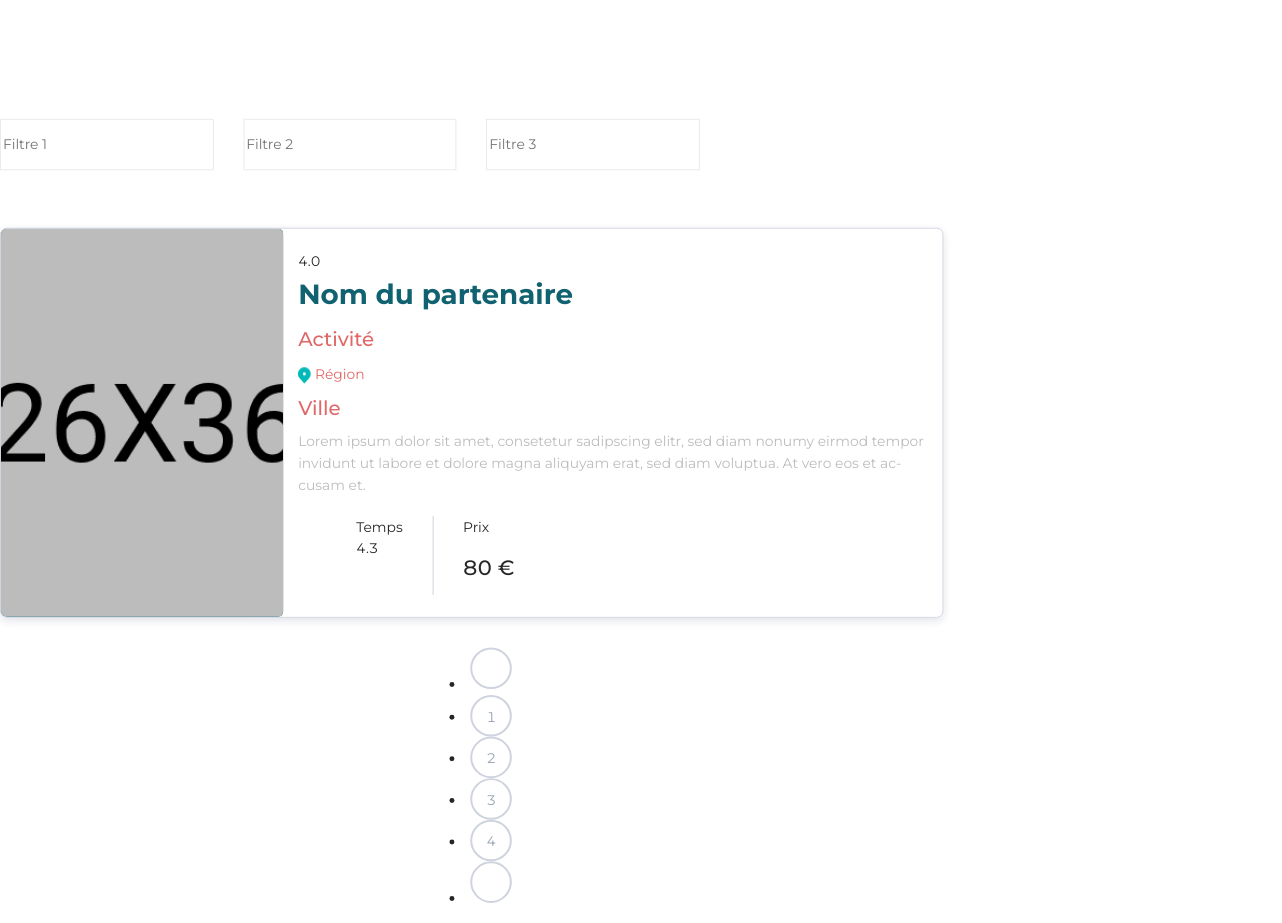
Repository: Emerson1220/projet-neofeel-lacapsule
Page: /roadPlanner (app in reactapp/)
The author's editor kept a copy of each file at every save. The page is drawn from the files as they stood at one save, then again after the next save.
The browser window is 1280 px wide. The page is 1295 px wide, so the pictures cover 1295 px, including what lies to the right of the window. The pictures show the whole page, at 99% of full size.
The project was rebuilt for these pictures with package versions that can differ from the ones it lists, and the page was loaded fresh each time. Also part of the build but not shown: reactapp/src/Nav.js, reactapp/src/ScreenHome.js.

Above is the page before, as saved 2021-05-18 14:23:13.

### reactapp/src/App.js
import './App.css';
import Nav from './Nav'
import {BrowserRouter as Router, Switch, Route} from 'react-router-dom'

import ScreenHome from './ScreenHome';
import ScreenRoadPlanner from './screens/ScreenRoadPlanner';

function App() {
  return (



    // <SearchPage></SearchPage>
      <Router>
        <Switch>
          <Route component={ScreenHome} path="/" exact />
          <Route component={ScreenRoadPlanner} path="/roadPlanner"  />
          {/* <Route component={ScreenConnexion} path="/connexion"  />
          <Route component={ScreenSearch} path="/recherche"  />
          <Route component={ScreenInfo} path="/info"  />
          <Route component={ScreenPartner} path="/partenaire"  />
          <Route component={ScreenRoadPlanner} path="/roadPlanner"  />
          <Route component={ScreenTrips} path="/voyages"  />
          <Route component={ScreenProfil} path="/profil"  />
          <Route component={ScreenBasket} path="/panier"  />
          <Route component={ScreenSuggestion} path="/suggestion"  /> */}
        </Switch>
      </Router>

  );
}

export default App;

### reactapp/src/App.css
@import '~antd/dist/antd.css';
@import url('https://fonts.googleapis.com/css2?family=Montserrat:ital,wght@0,200;0,300;0,400;0,500;0,600;0,700;1,400;1,600&display=swap');

* {
  font-family: 'Montserrat', sans-serif;
}

.App {
  text-align: center;
}

.App-logo {
  height: 40vmin;
  pointer-events: none;
}

@media (prefers-reduced-motion: no-preference) {
  .App-logo {
    animation: App-logo-spin infinite 20s linear;
  }
}

.App-header {
  background-color: #282c34;
  min-height: 100vh;
  display: flex;
  flex-direction: column;
  align-items: center;
  justify-content: center;
  font-size: calc(10px + 2vmin);
  color: white;
}

.App-link {
  color: #61dafb;
}

@keyframes App-logo-spin {
  from {
    transform: rotate(0deg);
  }
  to {
    transform: rotate(360deg);
  }
}
/* CSS NAVBAR _______________________*/



.h1-montserrat {
  width: auto; /* 366px */
  height: auto; /* 58px */
  overflow: visible;
  white-space: pre;
  letter-spacing: 0px;
  line-height: 1.2;
  color: #106271;
  font-weight: 700;
  font-family: "Inter-Bold", "Inter", sans-serif;
  font-size: 48px;
}

.devenezPartenaireButton{

background-color: #e06868;
overflow: visible;
  white-space: pre;
  letter-spacing: 0px;
line-height: 1.2;
  color: #ffffff;
  font-weight: 700;
  font-family: "Inter-Bold", "Inter", sans-serif;
width: 150px;
height: 50px;
left: 971px;
top: 40px;
border-radius: 5px;
}

.listNav{
  color: #106271;
  margin: 0px 0px;
}

### reactapp/src/screens/ScreenRoadPlanner.js
import React from 'react';
import '../App.css';
import { Button } from 'antd';
import { Link } from 'react-router-dom';
import Nav from '../Nav'

function ScreenRoadPlanner() {

    return (	<div style={{ paddingTop:'120px' }}>

                <div style={ styles.container }>

                    <div style={ styles.row }>

                        <div style={ styles.col_xl_9 }>
                            <div style={{ marginBottom:'40px' }}> {/* Filters */}

                                <div style={ styles.row }>
                                    <div style={ styles.col_xl_3 }>
                                        <label style={ styles.single_input_wrap }>
                                            <i style={ styles.icons_la }/>
                                            <input style={ styles.single_input_wrap_input } type="text" placeholder="Filtre 1" />
                                        </label>
                                    </div>

                                    <div style={ styles.col_xl_3 }>
                                        <label style={ styles.single_input_wrap }>
                                            <i style={ styles.icons_la }/>
                                            <input style={ styles.single_input_wrap_input } type="text" placeholder="Filtre 2" />
                                        </label>
                                    </div>

                                    <div style={ styles.col_xl_3 }>
                                        <label style={ styles.single_input_wrap }>
                                            <i style={ styles.icons_la }/>
                                            <input style={ styles.single_input_wrap_input } type="text" placeholder="Filtre 3" />
                                        </label>
                                    </div>
                                </div>
                            </div> {/* End -> ButtonFilters */}

                            <div style={ styles.experiences_list_area }> {/* Container -> Card expérience */}
                                <div style={ styles.single_destinations}> {/* Card expérience */}
                                    <div style={ styles.image_card }>
                                        <img style={ styles.image }src="images/photo-526x360.png" alt="list" />
                                    </div>
                                    <div style={ styles.detail_card }>
                                        <div>
                                            <i style={ styles.icons_fa_1  }/>
                                            <i style={ styles.icons_fa_1 } />
                                            <i style={ styles.icons_fa_1  } />
                                            <i style={ styles.icons_fa_1  } />
                                            <i style={ styles.icons_fa_2  } />
                                            <span>4.0</span>
                                        </div>

                                        <div>
                                            <h3><Link style={ styles.h3 } to="/">Nom du partenaire</Link></h3>
                                            <h3><Link style={ styles.h4 } to="/">Activité</Link></h3>
                                        </div>

                                        <p style={{ color: '#e06868', marginBottom: '8px'}}><img style={{ marginRight: '4px'}} src="images/icone-geo.png" alt="map" />Région</p>
                                        <h4 ><Link style={ styles.h4 }  to="/">Ville</Link></h4>
                                        <p style={ styles.card_content } >Lorem ipsum dolor sit amet, consetetur sadipscing elitr, sed diam nonumy eirmod tempor invidunt ut labore et dolore magna aliquyam erat, sed diam voluptua. At vero eos et accusam et.</p>

                                        <div style={ styles.liste_price }>
                                            <ul style={ styles.liste_price_content, styles.liste_price_li }>
                                                <li><i style={ styles.icons_fa }/> Temps</li>
                                                <li><i style={ styles.icons_fa }/> 4.3</li>
                                            </ul>
                                            <div style={ styles.liste_price_item }>
                                                <p>Prix</p>
                                                <h2>80 <span>€</span></h2>
                                            </div>
                                        </div>
                                    </div>
                                </div> {/* End -> Card expérience */}
                            </div> {/* End -> Container -> Card expérience */}


                            <div style={ styles.text_align_center}> {/* Pagination */}
                                <div style={ styles.pagination, styles.display_inline}>
                                    <ul>
                                        <li><a style={ styles.pagination_ul } href="#"><i    /></a></li>
                                        <li><span style={ styles.pagination_ul }>1</span></li>
                                        <li><span style={ styles.pagination_ul }>2</span></li>
                                        <li><a style={ styles.pagination_ul } href="#">3</a></li>
                                        <li><a style={ styles.pagination_ul } href="#">4</a></li>
                                        <li><a style={ styles.pagination_ul }href="#"><i /></a></li>
                                    </ul>
                                </div>
                            </div>{/* End -> Pagination */}
                        </div>
                    </div>
                </div>
            </div>
    )
};

let styles = {

    // CSS - ARCHITECTURE//

    container: {
        width: '100%',
        paddingright: '15px',
        paddingleft: '15px',
        marginright: 'auto',
        marginleft: 'auto',
    },

    row:{
        display: 'flex',
        flexWrap: 'wrap',
        marginRight: '-15px',
        marginLeft: '-15px',
    },

    col_xl_9:{
        position: 'relative',
        flex: '0 0 75%',
        maxWidth: '75%',
        width: '100%',
        minHeight: '1px',
        paddingRight: '15px',
        paddingLeft: '15px',
        },

    col_xl_3:{
        position: 'relative',
        flex: '0 0 25%',
        maxWidth: '25%',
        width: '100%',
        minHeight: '1px',
        paddingRight: '15px',
        paddingLeft: '15px',
        },

    single_input_wrap:{
        position: 'relative',
        width: '100%',
        marginBottom: '18px',
        display: 'inline-block',
    },

    single_input_wrap_input:{
        background: '#ffffff',
        border: '1px solid #EAEAEA',
        height: '52px',
        width: '100%',
    },

    display_inline:{
        display: 'inline-flex',
    },

    text_align_center:{
        textAlign:'center',
    },

    // CSS - ICONS //

    icons_la:{
        display: 'inline-block',
        position: 'absolute',
        top: '17px',
        left: '20px',
        color: '#CFD3DE',
        font: 'normal normal normal 16px/1 LineAwesome',
        fontSize: 'inherit',
        textDecoration: 'inherit',
        textRendering: 'optimizeLegibility',
        textTransform: 'none',
    },

    icons_fa_1:{
        display: 'inline-block',
        font: 'normal normal normal 14px/1 FontAwesome',
        fontSize: 'inherit',
        textRendering: 'auto',
        color: '#f3941e',
    },

    icons_fa_2:{
        display: 'inline-block',
        font: 'normal normal normal 14px/1 FontAwesome',
        fontSize: 'inherit',
        textRendering: 'auto',
        color: '#d4d4d4',
    },

    // CARD - TITLE//

    h3:{
        fontWeight:'bold',
        fontSize: '28px',
        color: '#106271',
        textDecoration: 'none',
    },

    h4:{
        fontSize: '20px',
        color: '#e06868',
        textDecoration: 'none',
    },

    // CARD - CSS //

    experiences_list_area:{
        boxSizing: 'border-box',
        outline: 'none',
    },

    single_destinations:{
        display: 'flex',
        flexWrap: 'wrap',
        margin: '0 0 30px 0',
        border: '1px solid #CFD3DE',
        boxShadow: '0px 3px 9px #071c551f',
        borderRadius: '7px',
        position: 'relative',
        overflow: 'hidden',
    },

    image_card:{
        position: 'relative',
        background: '#106271',
        overflow: 'hidden',
        flex: '0 0 30%',
        backgroundSize: 'cover',
        backgroundRepeat: 'no-repeat',
        backgroundPosition: 'center center',
        minHeight: '200px',
        borderRadius: '5px',
    },

    image:{
        width: '100%',
        height: '100%',
        objectFit: 'cover',
        objectPosition: 'center center',
        borderRadius: '5px',
    },

    detail_card:{
        flex: '0 0 70%',
        padding: '22px 15px',
        background: '#ffffff',
    },

    card_content:{
        marginBottom: '15px',
        color: '#bcbcbc',
        hyphens: 'auto',
    },

    liste_price:{
        marginTop: '20px',
        display: 'flex',
        boxSizing: 'border-box',
        outline: 'none',
    },

    liste_price_li:{
        margin: '0 10px',
        fontSize: '14px',
        listStyle: 'none',
        display: 'inline-block',
    },


    liste_price_content:{
        float: 'left',
        marginTop: '20px',
        margin: '0',
        padding: '0',
        display: 'inline-block',
    },

    icons_fa:{
        display: 'inline-block',
        font: 'normal normal normal 14px/1 FontAwesome',
        fontSize: 'inherit',
        textRendering: 'auto',
        color: '#01B9B7',
        marginRight: '5px',
    },

    liste_price_item:{
        paddingLeft: '30px',
        marginLeft: '20px',
        borderLeft: '1px solid #CFD3DE',
        paddingTop: '0',
    },

    // PAGINATION - CSS //

    pagination:{
        display: 'inline-block',
        textAlign: 'center',
        marginTop: '1.5rem',
    },

    pagination_ul:{
        lineHeight: '43px',
        border: '2px solid #CFD3DE',
        borderRadius: '50%',
        textAlign: 'center',
        display: 'inline-block',
        color: '#97A1B3',
        width: '42px',
        height: '42px',
        lineHeight: '40px',
        margin: '0 5px',
    },






    }













export default ScreenRoadPlanner;

Loaded but not shown: reactapp/public/index.html (common file); reactapp/src/index.js (common file); reactapp/src/index.css (common file); reactapp/src/reportWebVitals.js (common file)

After the next save:
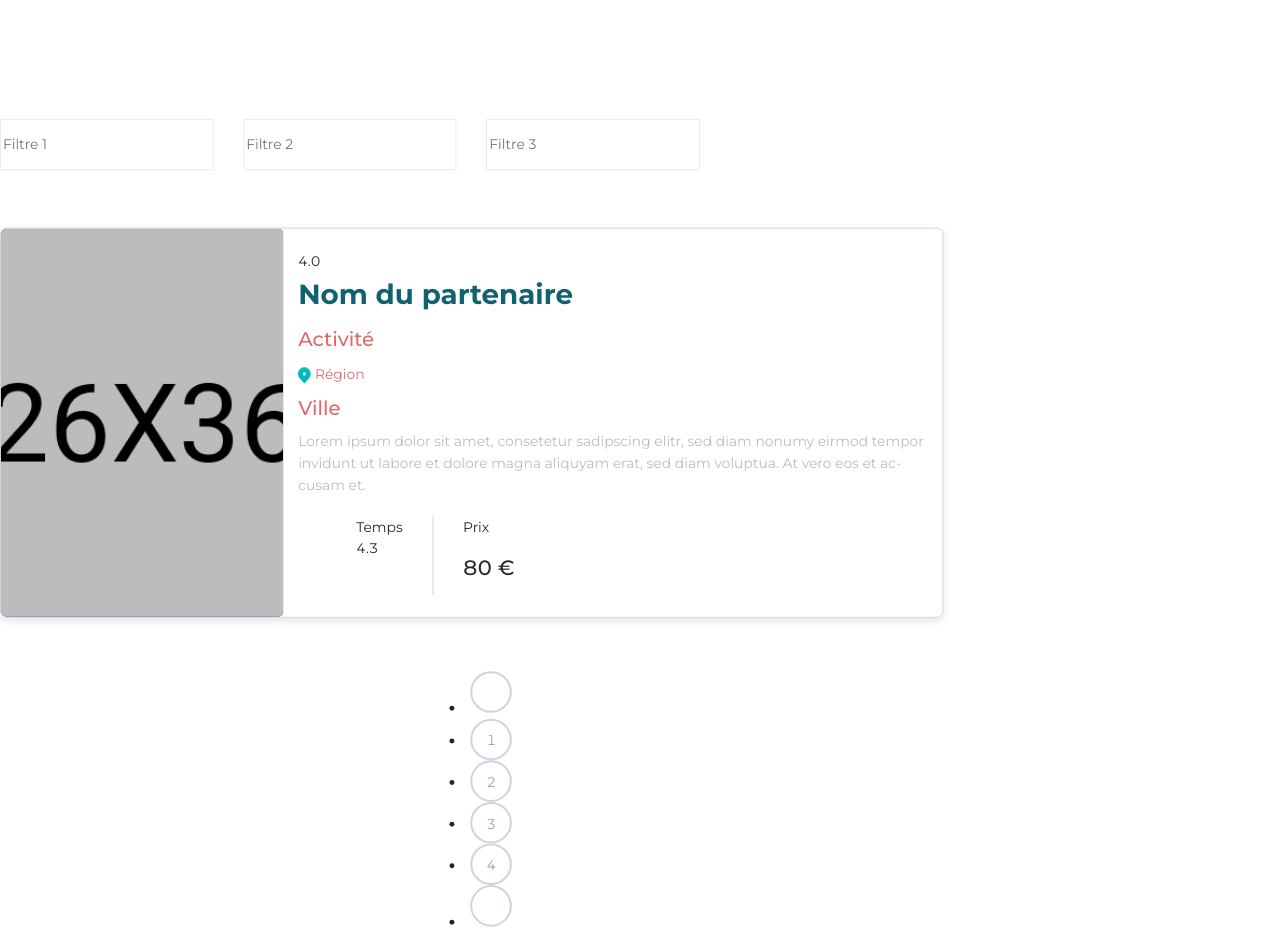
Saved 2 min 42 s later.
--- a/reactapp/src/screens/ScreenRoadPlanner.js
+++ b/reactapp/src/screens/ScreenRoadPlanner.js
@@ -79,14 +79,14 @@ function ScreenRoadPlanner() {
 
 
                             <div style={ styles.text_align_center}> {/* Pagination */}
-                                <div style={ styles.pagination, styles.display_inline}>
+                                <div style={ Object.assign(styles.pagination, styles.display_inline) }>
                                     <ul>
                                         <li><a style={ styles.pagination_ul } href="#"><i    /></a></li>
                                         <li><span style={ styles.pagination_ul }>1</span></li>
                                         <li><span style={ styles.pagination_ul }>2</span></li>
                                         <li><a style={ styles.pagination_ul } href="#">3</a></li>
                                         <li><a style={ styles.pagination_ul } href="#">4</a></li>
-                                        <li><a style={ styles.pagination_ul }href="#"><i /></a></li>
+                                        <li><a style={ styles.pagination_ul } href="#"><i /></a></li>
                                     </ul>
                                 </div>
                             </div>{/* End -> Pagination */}
